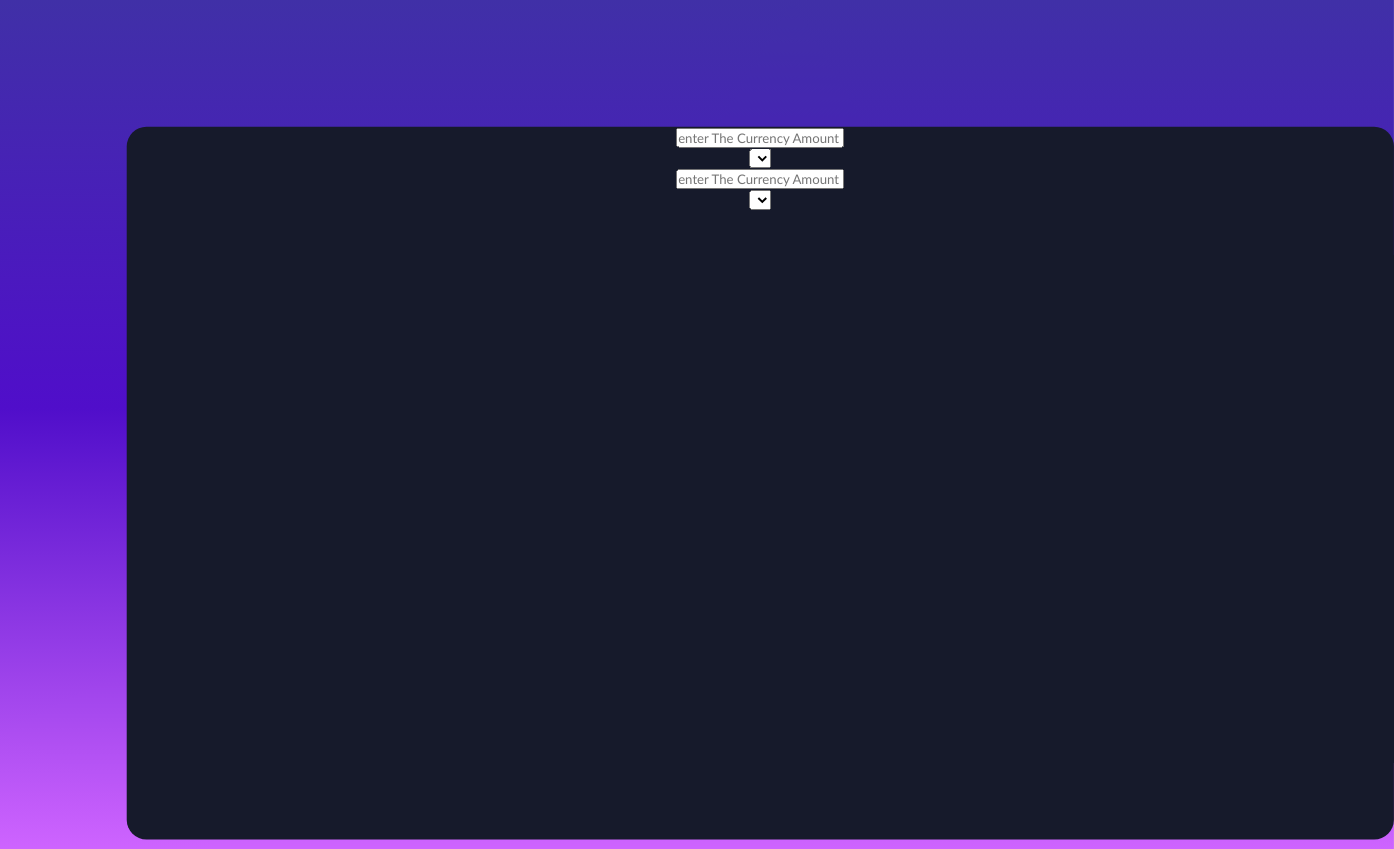
Repository: KamalEssam/currency-converter-react-app
Page: /
These files come from the project's save history. The page is drawn as it stood at one moment and after a run of saves; the edit follows.
The browser window is 1280 px wide. The page is 1408 px wide, then 1280 px, so the pictures cover 1408 px, including what lies to the right of the window. The pictures show the whole page, at 99% of full size.
The page's requests for data from a server got no answer. The project was rebuilt for these pictures with package versions that can differ from the ones it lists, and the page was loaded fresh each time. No one was signed in, and anything a server would have sent is missing.

Above is the page before, as saved 2021-12-21 15:26:17.

### src/App.js
import './App.css';
import Currency from './Components/Currency';

function App() {
  return (
    <div className="App">
     <Currency />
    </div>
  );
}

export default App;

### src/App.css
* {
  box-sizing: border-box;
  margin: 0;
  padding: 0;
  font-family: 'Trebuchet MS', 'Lucida Sans Unicode', 'Lucida Grande',
    'Lucida Sans', Arial, sans-serif;
}
body{
  background: linear-gradient(
    180deg,
    rgb(64, 48, 167) 0%,
    rgb(80, 14, 202) 48%,
    rgb(206, 100, 255) 100%
  );
}

/* .currency-app {
  display: flex;
  flex-direction: column;
  justify-content: start ;
  width: 520px;
  min-height: 600px;
  background: #161a2b;
  text-align: center;
  margin: 128px auto;
  border-radius: 10px;
  padding-bottom: 32px;
} */
.currency-app {
  display: flex;
  flex-direction: column;
  justify-content: start ;
  height: 100vh;
  width: 100%;
  text-align: center;
  background: #161a2b;
  margin:128px 128px 10px 128px ;
  border-radius: 20px;




}

### src/Components/Currency.js
import React from 'react'
import CurrencyForm from './CurrencyForm'
import CurrencyList from './CurrencyList'
export default function Currency() {
    return (
        <div className='currency-app'>
            <CurrencyForm />
            <CurrencyList />
        </div>
    )
}

### src/Components/CurrencyForm.js
import React from 'react'

export default function Currency() {
    return (
        <div>

        </div>
    )
}

### src/Components/CurrencyList.js
import React, { useEffect, useState } from 'react'
import Axios from 'axios';
export default function Currency() {
    //api_key = 04078e60-6206-11ec-a513-c3ab8a51dcff
    const [currenciesList, setCurrenciesList] = useState([]);
    useEffect(() => {
        Axios
            .get('http://api.currencylayer.com/list?access_key=3f721942cddb3b199905f3aea4bb647d')
            .then(res => {
                setCurrenciesList([res.data, ...Object.keys(res.data.currencies)]);
                // console.log(res.data)
            }).catch(error => console.log(error))

    }, [])

    return (
        <div className='currency-form-container'>
            <form className='currency-form'>
                <div className='currency-form-group'>
                    <div>
                        <input className='fr-currency' placeholder='enter The Currency Amount' />
                    </div>
                    <div>
                        <select className='select-fr-currency' >
                            {currenciesList.slice(1).map(currency => {

                                return (
                                    <option key={currency} value={currency}> {currency} </option>
                                );
                            })}
                            {/* <option key={Math.floor(Math.random()*1000000)} value={currency}> currency </option> */}
                        </select>
                    </div>
                </div>
                <div className='currency-form-group'>
                    <input className='sec-currency' placeholder='enter The Currency Amount' />
                </div>
                <div>
                    <select className='select-sec-currency' >
                        {currenciesList.slice(1).map(currency => {
                            return (
                                <option key={currency} value={currency}> {currency} </option>
                            );
                        })}
                        {/* <option key={Math.floor(Math.random()*1000000)} value={currency}> currency </option> */}
                    </select>
                </div>
            </form>
        </div>
    )
}

Loaded but not shown: public/index.html (common file); src/index.js (common file); src/index.css (common file)

After the next 3 saves:
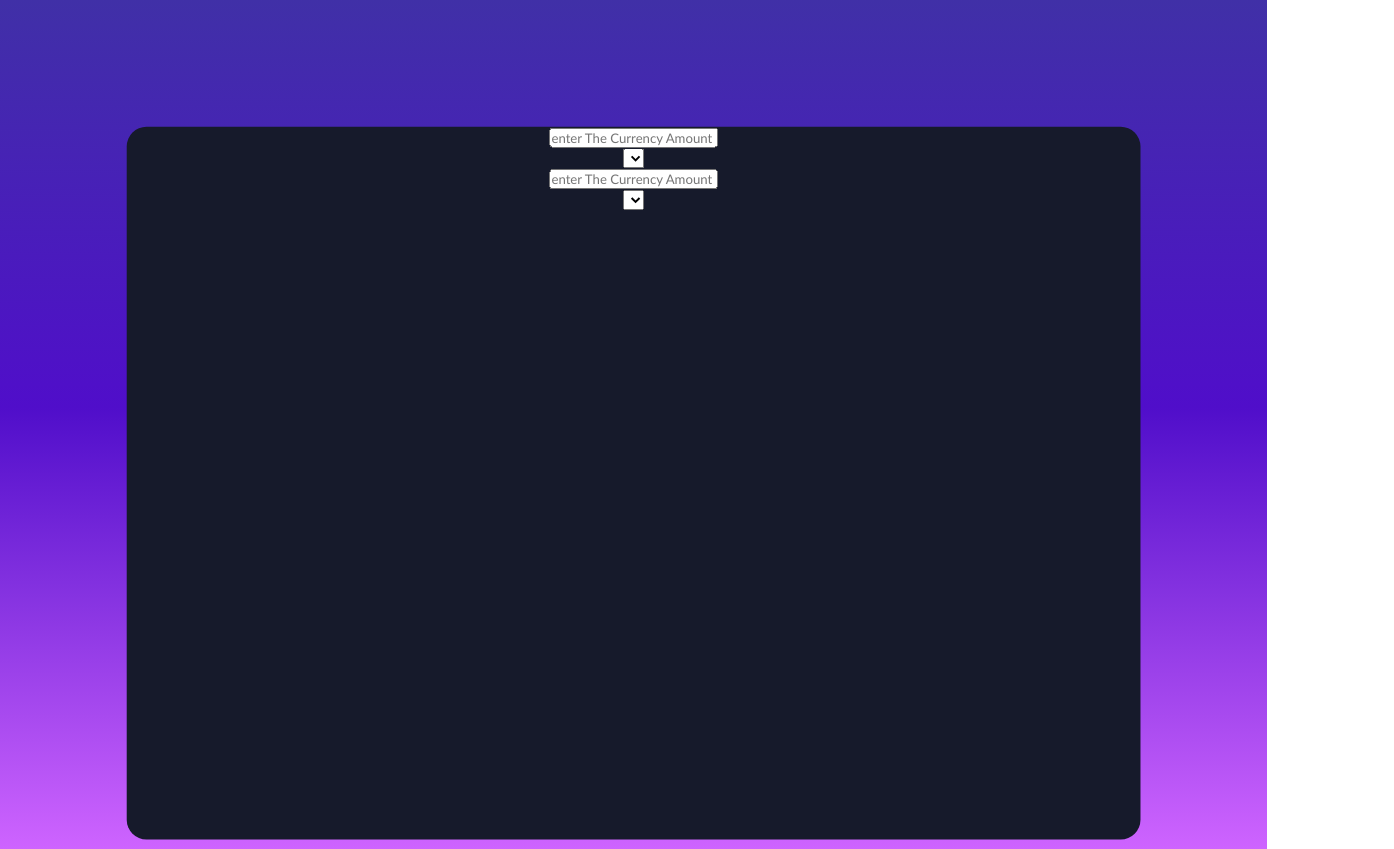
The 3 saves are shown as one change because they came seconds apart.
The last was saved 10 s later.
--- a/src/App.css
+++ b/src/App.css
@@ -31,7 +31,6 @@ body{
   flex-direction: column;
   justify-content: start ;
   height: 100vh;
-  width: 100%;
   text-align: center;
   background: #161a2b;
   margin:128px 128px 10px 128px ;
